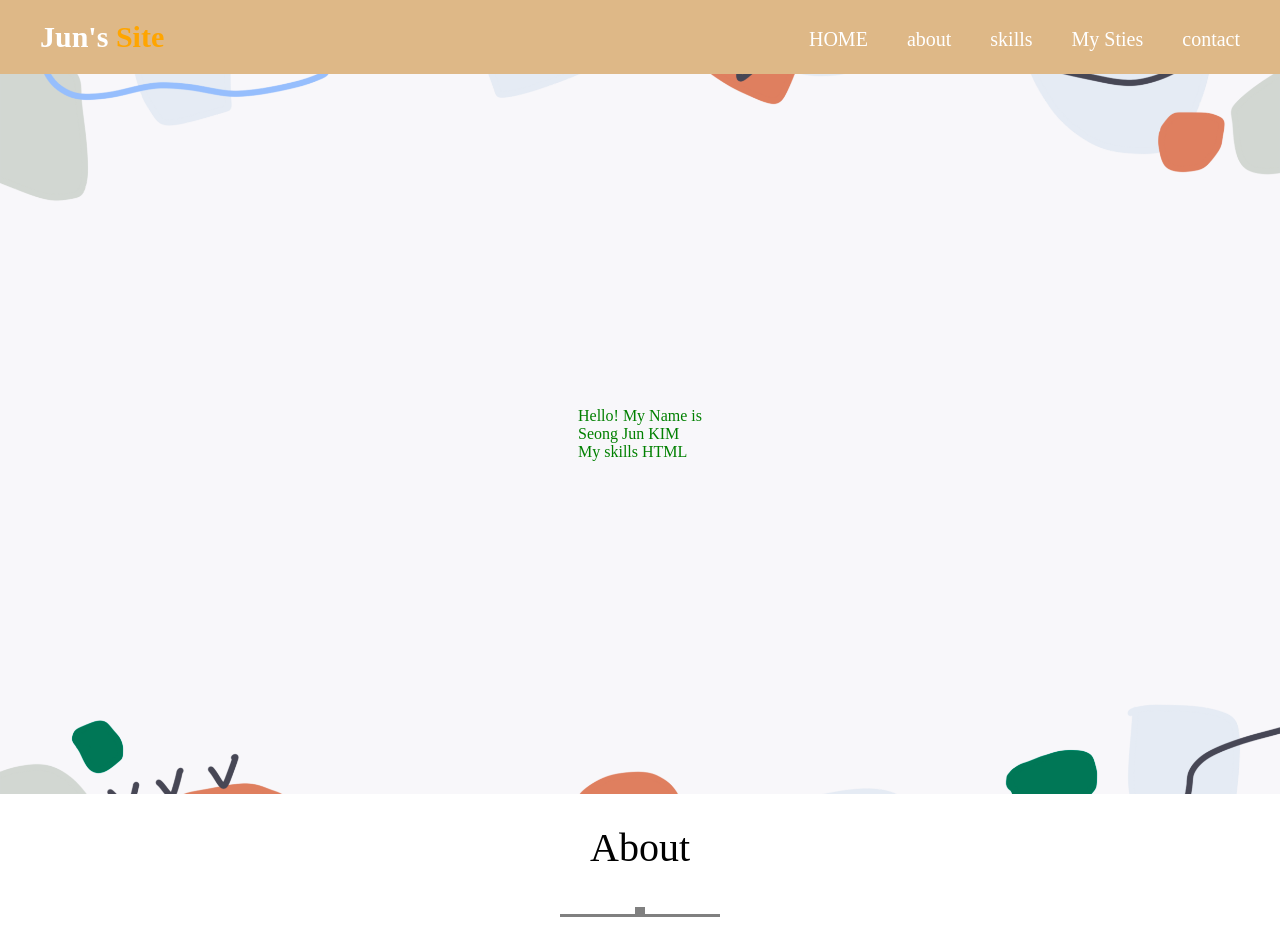
Repository: jun01270/jun
Page: index.html
An editor plug-in stored every save of this project. The page is shown before and after the next save, followed by the edit.
The browser window is 1280 px wide. The pictures show the part of the page from y = 0 to 952 px (the page is 2474 px tall).
A picture or video elsewhere on the page could not be fetched, so the positions and the page height are approximate. Some web libraries are served in a nearby version.

Above is the page before, as saved 2023-05-10 11:32:08.

### index.html
<!DOCTYPE html>
<html lang="en">
  <head>
    <meta charset="UTF-8" />
    <meta http-equiv="X-UA-Compatible" content="IE=edge" />
    <meta name="viewport" content="width=device-width, initial-scale=1.0" />
    <link rel="stylesheet" href="./css/style.css" />
    <link rel="stylesheet" href="./css/home.css" />
    <script
      src="https://kit.fontawesome.com/252eac6dbf.js"
      crossorigin="anonymous"
    ></script>
    <title>Jun's site</title>
  </head>
  <body>
    <nav class="navbar">
      <div class="max-width">
        <div class="logo">
          <a href="#home">Jun's <span>Site</span></a>
        </div>
        <ul class="menu-bar">
          <li><a href="#home" class="menu-btn" id="homeID">HOME</a></li>
          <li><a href="#about" class="menu-btn" id="homeID">about</a></li>
          <li><a href="#skills" class="menu-btn">skills</a></li>
          <li><a href="#my-sites" class="menu-btn">My Sties</a></li>
          <li><a href="#contact" class="menu-btn">contact</a></li>
        </ul>
      </div>
    </nav>

    <!--home섹션-->
    <section class="home" id="home">
      <div class="max-width">
        <div class="home-section">
          <div class="text-1">Hello! My Name is</div>
          <div class="text-1">Seong Jun KIM</div>
          <div class="text-1">My skills <span class="typing1">HTML</span></div>
        </div>
      </div>
    </section>

    <!--about섹션-->
    <section class="about">
      <div class="max-width">
        <h2 class="title">About</h2>
        <div class="about-content">
          <div class="left-column"></div>
          <div class="right-column">
            <div class="about-text">I'm Seong Jun KIM</div>
            <div class="about-skills">
              My skills <span class="typing2">HTML</span>
            </div>
            <p>
              안녕하세요 프론트엔드 개발자를 꿈꾸는 주니어 개발자 김성준입니다.
            </p>
          </div>
        </div>
      </div>
    </section>

    <!--skills섹션-->
    <section class="skills">
      <div class="max-width">
        <h2 class="title">My Skills</h2>
        <div class="skills-content">
          <div class="left-column">
            <div class="skills-text">
              <div class="sub-title">My skills & Experience</div>
              <p>HTML, Css, js , react를 다루고 있습니다.</p>
            </div>
          </div>
          <div class="rigth-column">
            <div class="bars">
              <div class="bars-content">
                <span>HTML</span>
                <span>90%</span>
              </div>
              <div class="line-html"></div>
            </div>
            <div class="bars">
              <div class="bars-content">
                <span>Css</span>
                <span>80%</span>
              </div>
              <div class="line-css"></div>
            </div>
            <div class="bars">
              <div class="bars-content">
                <span>JS</span>
                <span>80%</span>
              </div>
              <div class="line-js"></div>
            </div>
            <div class="bars">
              <div class="bars-content">
                <span>React</span>
                <span>80%</span>
              </div>
              <div class="line-react"></div>
            </div>
          </div>
        </div>
      </div>
    </section>

    <!--My sties섹션-->
    <section class="my-sites">
      <div class="max-width">
        <h2 class="title">My Sites</h2>
        <div class="my-sites-content">
          <div class="left-column">
            <a href="https://web-jun.tistory.com/" target="_blank">
              <div class="site">
                <div class="site-images">
                  <img src="/img/blog.jpg" alt="" />
                  <div class="site-text">BLOG</div>
                  <p>개발하는 블로그입니다.</p>
                </div>
              </div>
            </a>
          </div>
          <div class="right-column">
            <a href="https://github.com/jun01270" target="_blank">
              <div class="site">
                <div class="site-images">
                  <img src="/img/github.jpg" alt="" />
                  <div class="site-text">BLOG</div>
                  <p>깃허브 사이트입니다.</p>
                </div>
              </div>
            </a>
          </div>
        </div>
      </div>
    </section>

    <!--Contact 섹션-->
    <section class="contact">
      <div class="max-width">
        <h2 class="title">Contact me</h2>
        <div class="contact-content">
          <div class="left-column">
            <div class="contact-text">My information</div>
            <p>
              동양미래대학교 컴퓨터소프트웨어공학과를 졸업하여 프론트엔드
              개발자가 되고싶은 주니어 개발자입니다.
            </p>
            <div class="icons-content">
              <i class="fas fa-user"></i>
              <div class="info">
                <div class="head">Name</div>
                <div class="tail">Seong Jun KIM</div>
              </div>
            </div>
            <div class="icons-content">
              <i class="fas fa-envelope"></i>
              <div class="info">
                <div class="head">E-mail</div>
                <div class="tail">kimsj012731@gmail.com</div>
              </div>
            </div>
            <div class="icons-content">
              <i class="fas fa-map-marked-alt"></i>
              <div class="info">
                <div class="head">Address</div>
                <div class="tail">경기도 광명시</div>
              </div>
            </div>
          </div>
          <div class="right-column">
            <div class="contact-text">Message Me!</div>
            <form action="#">
              <div class="fields">
                <div class="fields name">
                  <input type="text" placeholder="Name" />
                </div>
                <div class="fields Email">
                  <input type="email" placeholder="E-mail" />
                </div>
              </div>
              <div class="fields subject">
                <input type="text" placeholder="Subject" />
              </div>
              <div class="fields contact-area">
                <textarea
                  cols="30"
                  rows="10"
                  placeholder="Contact.. "
                  required
                ></textarea>
              </div>
              <div class="button">
                <button type="submit">Send Message</button>
              </div>
            </form>
          </div>
        </div>
      </div>
    </section>

    <!--Footer섹션-->
    <footer></footer>

    <!--JS섹션-->
  </body>
</html>

### css/style.css
@import url("https://fonts.googleapis.com/css2?family=Lora&display=swap");

* {
  margin: 0;
  padding: 0;
  box-sizing: border-box;
  text-decoration: none;
}

html {
  scroll-behavior: smooth;
}

.home .about .skills .my-sites .contact {
  padding-top: 86px;
}

.max-width {
  max-width: 1300px;
  padding: 0 20px;
  margin: auto;
}

.section {
  padding: 100px 0;
}

/* .about, .skills, .my-sites, .contact, .footer{
    //폰트삽입
} */

.title {
  position: relative;
  text-align: center;
  font-size: 40px;
  font-weight: 500;
  margin: 30px 0 100px 0;
  padding-bottom: 8px;
}

.title::before {
  content: "";
  position: absolute;
  bottom: -38px;
  left: 50%;
  width: 160px;
  height: 3px;
  background-color: gray;
  transform: translateX(-50%);
}

.title::after {
  content: "";
  position: absolute;
  bottom: -38px;
  left: 50%;
  font-size: 20px;
  color: rgb(255, 164, 45);
  padding: 5px;
  background-color: gray;
  transform: translateX(-50%);
}

.about .about-content,
.skills .skills-content,
.my-sites .my-sites-content,
.contact .contact-content {
  display: flex;
  align-items: center;
  flex-wrap: wrap;
  justify-content: space-between;
}

.navbar {
  position: relative;
  width: 100%;
  padding: 20px 0;
  z-index: 999;
  transition: all 0.3s ease;
  background-color: burlywood;
}

.navbar .max-width {
  display: flex;
  align-items: center;
  justify-content: space-between;
}

.navbar .logo {
  font-size: 30px;
  font-weight: 600;
  margin-left: 20px;
  color: black;
}

.navbar .logo a {
  color: white;
  text-decoration: none;
}

.navbar .logo a span {
  color: orange;
  transition: all 0.3s ease;
}

.navbar .menu-bar li {
  list-style: none;
  margin: 5px 20px 0 0;
  display: inline-block;
}

.navbar .menu-bar li a {
  display: block;
  text-decoration: none;
  font-size: 20px;
  font-weight: 500;
  margin-left: 15px;
  transition: all 0.3s ease;
}

.menu-bar li:hover {
  background-color: orange;
  border-radius: 3px;
}

.navbar.sticky {
  padding: 20px 0;
  background-color: black;
}

.navbar.sticky .logo a span {
  color: white;
}

.navbar.sticky .menu-bar li a:hover {
  color: white;
}

.navbar .menu-btn {
  color: white;
  font-size: 25px;
  display: none;
  cursor: pointer;
}

@media screen and (max-width: 700px) {
  .navbar {
    flex-direction: column;
    align-items: flex-start;
    margin: 0;
  }

  .menu-bar {
    flex-direction: column;
    align-items: center;
    width: 100%;
  }

  .menu-bar li {
    width: 100%;
    text-align: center;
  }
}

### css/home.css
.home {
  display: flex;
  height: 100vh;
  min-height: 500px;
  color: green;
  background: url("../img/background.png") no-repeat center;
  background-size: cover;
}

.home max-width {
  margin: auto 0 auto 40px;
}

.home .home-section .text1 {
  font-size: 30px;
}

.home .home-section .text2 {
  font-size: 75px;
  font-weight: 600;
}

.home .home-section .text-3 {
  font-size: 40px;
}

.home .home-section .text-3 span {
  color: orange;
  font-weight: 500;
}

After the next save:
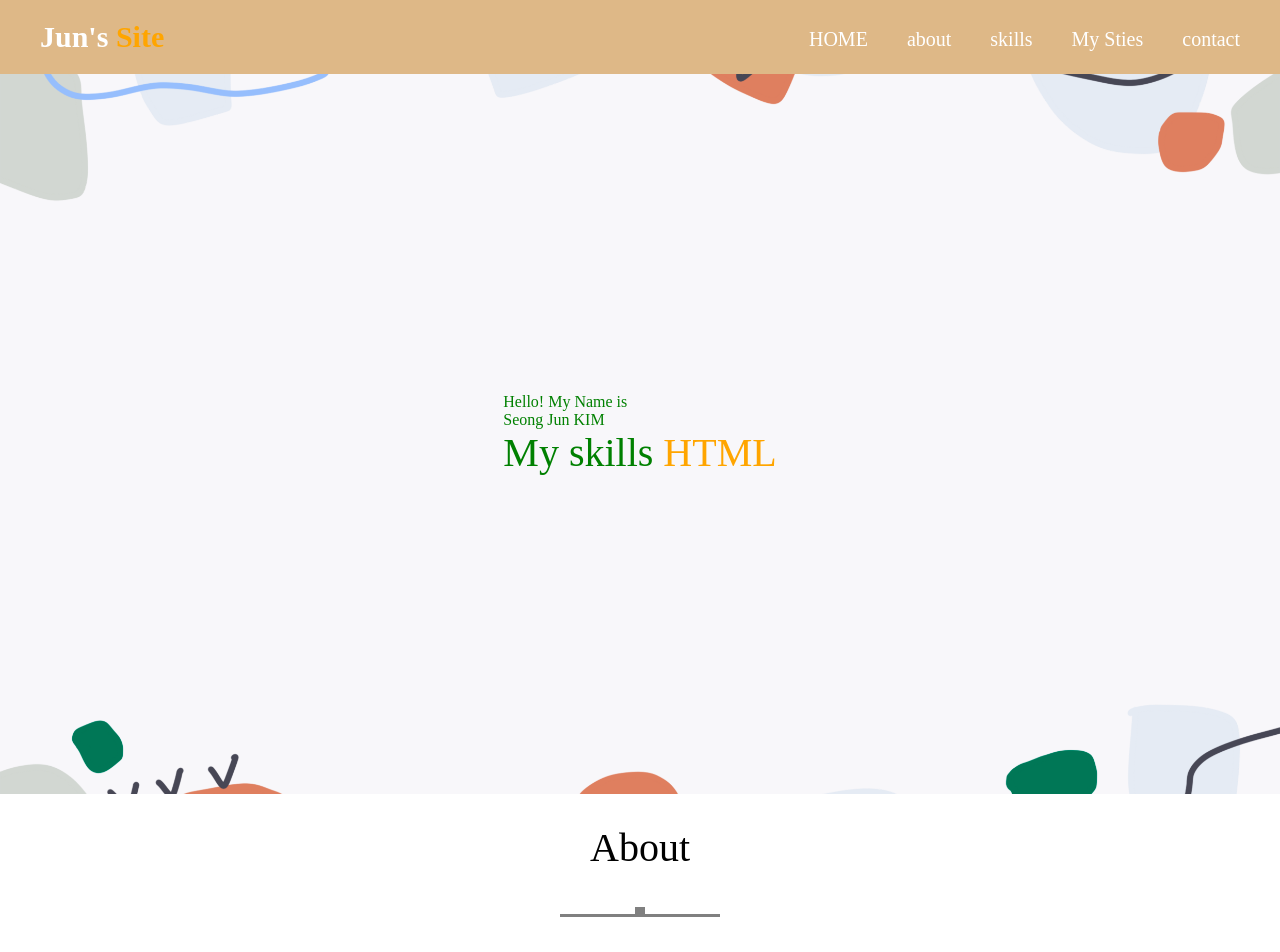
Saved 35 s later.
--- a/index.html
+++ b/index.html
@@ -33,8 +33,8 @@
       <div class="max-width">
         <div class="home-section">
           <div class="text-1">Hello! My Name is</div>
-          <div class="text-1">Seong Jun KIM</div>
-          <div class="text-1">My skills <span class="typing1">HTML</span></div>
+          <div class="text-2">Seong Jun KIM</div>
+          <div class="text-3">My skills <span class="typing1">HTML</span></div>
         </div>
       </div>
     </section>
